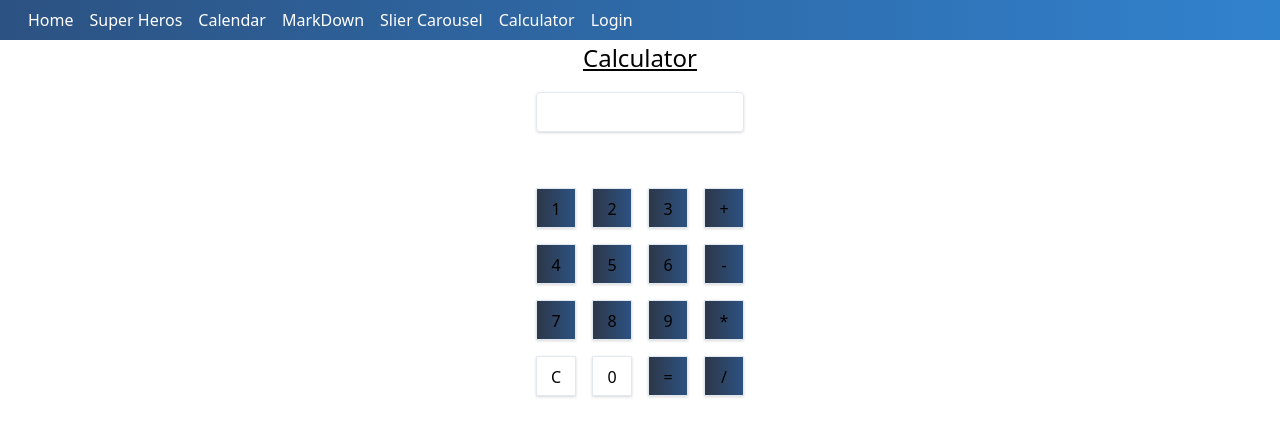
Repository: kshvkndl/VueFullCoursePractice
Page: /calculator
An editor plug-in stored every save of this project. The page is shown before and after the next save, followed by the edit.
The browser window is 1280 px wide. The pictures show the whole page.
The project was rebuilt for these pictures with package versions that can differ from the ones it lists, and the page was loaded fresh each time. Also part of the build but not shown: src/components/login/GoogleLogin.vue, src/components/LoginModal.vue, src/pages/SuperHeros.vue, src/pages/Calender.vue, src/pages/Home.vue, src/utilities/mixins/debounce.js, src/pages/MarkDown.vue, src/pages/Slider.vue.

Above is the page before, as saved 2020-11-24 17:17:12.

After the next save:
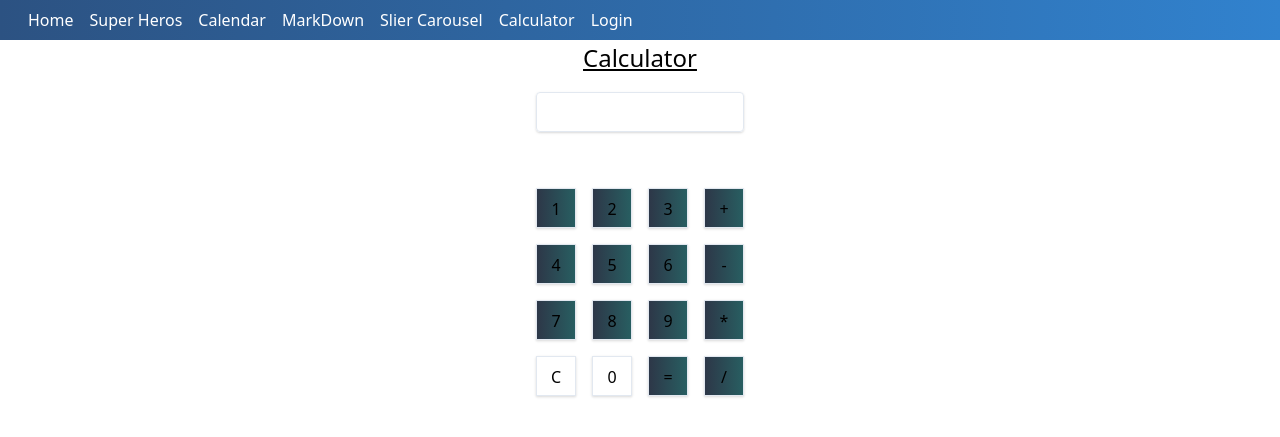
Saved 8 s later.
--- a/src/pages/Calculator.vue
+++ b/src/pages/Calculator.vue
@@ -16,73 +16,73 @@
       <div class="mb-10 grid grid-cols-4 gap-4">
         <button
           @click="buttonPressed('1')"
-          class="p-2 border shadow w-10 h-10 rounder bg-gradient-to-r from-gray-800 to-blue-800"
+          class="p-2 border shadow w-10 h-10 rounder bg-gradient-to-r from-gray-800 to-teal-800"
         >
           1
         </button>
         <button
           @click="buttonPressed('2')"
-          class="p-2 border shadow w-10 h-10 rounder bg-gradient-to-r from-gray-800 to-blue-800"
+          class="p-2 border shadow w-10 h-10 rounder bg-gradient-to-r from-gray-800 to-teal-800"
         >
           2
         </button>
         <button
           @click="buttonPressed('3')"
-          class="p-2 border shadow w-10 h-10 rounder bg-gradient-to-r from-gray-800 to-blue-800"
+          class="p-2 border shadow w-10 h-10 rounder bg-gradient-to-r from-gray-800 to-teal-800"
         >
           3
         </button>
         <button
           @click="buttonPressed('+')"
-          class="p-2 border shadow w-10 h-10 rounder bg-gradient-to-r from-gray-800 to-blue-800"
+          class="p-2 border shadow w-10 h-10 rounder bg-gradient-to-r from-gray-800 to-teal-800"
         >
           +
         </button>
         <button
           @click="buttonPressed('4')"
-          class="p-2 border shadow w-10 h-10 rounder bg-gradient-to-r from-gray-800 to-blue-800"
+          class="p-2 border shadow w-10 h-10 rounder bg-gradient-to-r from-gray-800 to-teal-800"
         >
           4
         </button>
         <button
           @click="buttonPressed('5')"
-          class="p-2 border shadow w-10 h-10 rounder bg-gradient-to-r from-gray-800 to-blue-800"
+          class="p-2 border shadow w-10 h-10 rounder bg-gradient-to-r from-gray-800 to-teal-800"
         >
           5
         </button>
         <button
           @click="buttonPressed('6')"
-          class="p-2 border shadow w-10 h-10 rounder bg-gradient-to-r from-gray-800 to-blue-800"
+          class="p-2 border shadow w-10 h-10 rounder bg-gradient-to-r from-gray-800 to-teal-800"
         >
           6
         </button>
         <button
           @click="buttonPressed('-')"
-          class="p-2 border shadow w-10 h-10 rounder bg-gradient-to-r from-gray-800 to-blue-800"
+          class="p-2 border shadow w-10 h-10 rounder bg-gradient-to-r from-gray-800 to-teal-800"
         >
           -
         </button>
         <button
           @click="buttonPressed('7')"
-          class="p-2 border shadow w-10 h-10 rounder bg-gradient-to-r from-gray-800 to-blue-800"
+          class="p-2 border shadow w-10 h-10 rounder bg-gradient-to-r from-gray-800 to-teal-800"
         >
           7
         </button>
         <button
           @click="buttonPressed('8')"
-          class="p-2 border shadow w-10 h-10 rounder bg-gradient-to-r from-gray-800 to-blue-800"
+          class="p-2 border shadow w-10 h-10 rounder bg-gradient-to-r from-gray-800 to-teal-800"
         >
           8
         </button>
         <button
           @click="buttonPressed('9')"
-          class="p-2 border shadow w-10 h-10 rounder bg-gradient-to-r from-gray-800 to-blue-800"
+          class="p-2 border shadow w-10 h-10 rounder bg-gradient-to-r from-gray-800 to-teal-800"
         >
           9
         </button>
         <button
           @click="buttonPressed('*')"
-          class="p-2 border shadow w-10 h-10 rounder bg-gradient-to-r from-gray-800 to-blue-800"
+          class="p-2 border shadow w-10 h-10 rounder bg-gradient-to-r from-gray-800 to-teal-800"
         >
           *
         </button>
@@ -100,13 +100,13 @@
         </button>
         <button
           @click="buttonPressed('=')"
-          class="p-2 border shadow w-10 h-10 rounder bg-gradient-to-r from-gray-800 to-blue-800"
+          class="p-2 border shadow w-10 h-10 rounder bg-gradient-to-r from-gray-800 to-teal-800"
         >
           =
         </button>
         <button
           @click="buttonPressed('/')"
-          class="p-2 border shadow w-10 h-10 rounder bg-gradient-to-r from-gray-800 to-blue-800"
+          class="p-2 border shadow w-10 h-10 rounder bg-gradient-to-r from-gray-800 to-teal-800"
         >
           /
         </button>
